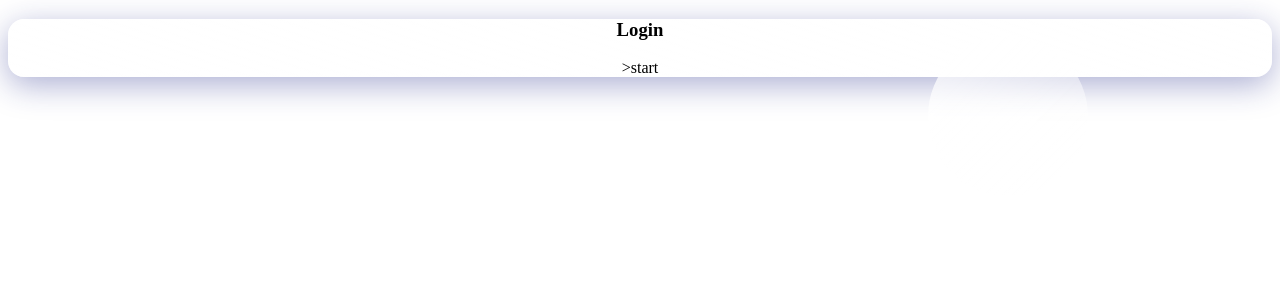
Repository: umarrg/isatmis
Page: /
An editor plug-in stored every save of this project. The page is shown before and after the next save, followed by the edit.
The browser window is 1280 px wide. The pictures show the whole page.
The project was rebuilt for these pictures with package versions that can differ from the ones it lists, and the page was loaded fresh each time. Also part of the build but not shown: vue.config.js, src/views/Home.vue. Imported but missing from the stored project, and not drawn on this page: src/plugins/vuetify, src/views/about.vue, src/views/setting.vue.

Above is the page before, as saved 2021-01-26 12:02:05.

### public/index.html
<!DOCTYPE html>
<html lang="en">
  <head>
    <meta charset="utf-8">
    <meta http-equiv="X-UA-Compatible" content="IE=edge">
    <meta name="viewport" content="width=device-width,initial-scale=1.0">
    <link rel="icon" href="<%= BASE_URL %>favicon.ico">
    <title><%= htmlWebpackPlugin.options.title %></title>
    <link rel="stylesheet" href="https://fonts.googleapis.com/css?family=Roboto:100,300,400,500,700,900">
    <link rel="stylesheet" href="https://cdn.jsdelivr.net/npm/@mdi/font@latest/css/materialdesignicons.min.css">

  </head>
  <body>
    <noscript>
      <strong>We're sorry but <%= htmlWebpackPlugin.options.title %> doesn't work properly without JavaScript enabled. Please enable it to continue.</strong>
    </noscript>
    <div id="app"></div>
    <!-- built files will be auto injected -->
  </body>
</html>

### src/main.js
import Vue from 'vue'
import App from './App.vue'
import router from './router'
import vuetify from './plugins/vuetify';

Vue.config.productionTip = false,


new Vue({
  router,
  vuetify,
  render: h => h(App)
}).$mount('#app')

### src/App.vue
<template>
  <v-app>
    <navbar v-if="$route.meta.showHeader == true"/>
    <v-main>
      <router-view></router-view>
    </v-main>
  </v-app>
</template>

<script>
import navbar from '../src/components/Navbar'
export default {
  name: 'App',

  components: {
   navbar
  },

  data: () => ({
    //
  }),
};
</script>

### src/router/index.js
import Vue from 'vue'
import VueRouter from 'vue-router'
import Home from '../views/Home.vue'

Vue.use(VueRouter)

const routes = [
  {
    path: '/home',
    name: 'Home',
    component: Home,
    meta: {
      showHeader: true,
    },
  },
  {
    path: '/map',
    name: 'Map',

    meta: {
      showHeader: true,
    },
    // route level code-splitting
    // this generates a separate chunk (about.[hash].js) for this route
    // which is lazy-loaded when the route is visited.
    component: () => import(/* webpackChunkName: "about" */ '../views/map.vue')
  },
  {
    path: '/',
    name: 'Signin',

    meta: {
      showHeader: false,
    },
    // route level code-splitting
    // this generates a separate chunk (about.[hash].js) for this route
    // which is lazy-loaded when the route is visited.
    component: () => import(/* webpackChunkName: "about" */ '../views/signin.vue')
  },

  {
    path: '/about',
    name: 'About',

    meta: {
      showHeader: true,
    },
    // route level code-splitting
    // this generates a separate chunk (about.[hash].js) for this route
    // which is lazy-loaded when the route is visited.
    component: () => import(/* webpackChunkName: "about" */ '../views/about.vue')
  },


  {
    path: '/payment',
    name: 'Payment',

    meta: {
      showHeader: true,
    },
    // route level code-splitting
    // this generates a separate chunk (about.[hash].js) for this route
    // which is lazy-loaded when the route is visited.
    component: () => import(/* webpackChunkName: "about" */ '../views/payment.vue')
  },
  {
    path: '/setting',
    name: 'Setting',

    meta: {
      showHeader: true,
    },
    // route level code-splitting
    // this generates a separate chunk (about.[hash].js) for this route
    // which is lazy-loaded when the route is visited.
    component: () => import(/* webpackChunkName: "about" */ '../views/setting.vue')
  },


]

const router = new VueRouter({
  mode: 'history',
  base: process.env.BASE_URL,
  routes
})

export default router

### src/components/Navbar.vue
<template>
  <nav>
    <!-- <v-app-bar app flat color="white">
      <v-app-bar-nav-icon
        tile
        dark
        small
        @click="drawer = !drawer"
        class="black--text "
      ></v-app-bar-nav-icon>
      <v-spacer></v-spacer>
      <div>
        <v-menu offset-y>
          <template v-slot:activator="{ on, attrs }">
            <v-btn icon small class="mr-2" v-on="on" v-bind="attrs">
              <v-icon color="black">mdi-cog-outline</v-icon>
            </v-btn>
          </template>
        </v-menu>

        <v-btn to="/profile" v-rounded icon>
          <v-list-item-avatar color="black" class="ml-4">
            <v-img
              src="../assets/bi.png"
              size="30"
            ></v-img>
          </v-list-item-avatar>
        </v-btn> background: linear-gradient(
    to right bottom,
    rgba(255, 255, 255, 0.8),
    rgba(255, 255, 255, 0.3)
  );
      </div>
    </v-app-bar> -->
    <v-navigation-drawer
      v-model="drawer"
      app
      overlay-opacity=""
      fixed
      clipped
      style="
  background: linear-gradient(
    to right bottom,
    rgba(255, 255, 255, 0.8),
    rgba(255, 255, 255, 0.3)
  );
       box-shadow: 0 8px 32px 0 rgba(31, 38, 135, 0.37);
        backdrop-filter: blur(16px);
        -webkit-backdrop-filter: blur(16px);"
    >
      <v-layout column align-center>
        <v-flex class="mt-7 mb-8">
          <span class="text-h4 white--text font-weight-light">
            <span class="blue--text font-weight-black">I</span>
            <span class="blue--text font-weight-black">S</span>
            <span class="blue--text font-weight-black">A</span>
            <span class="blue--text font-weight-black">T</span>
            <span class="blue--text font-weight-black">M</span>
            <span class="blue--text font-weight-black">I</span>
            <span class="blue--text font-weight-black">S</span>
          </span>
        </v-flex>
      </v-layout>

      <v-list dense nav>
        <v-list-item
          class=""
          active-class=" blue--text border"
          v-for="link in links"
          :key="link.icon"
          :to="link.route"
        >
          <v-list-item-action>
            <v-icon>{{ link.icon }}</v-icon>
          </v-list-item-action>
          <v-list-item-content>
            <v-list-item-title class="font-weight-light">{{
              link.text
            }}</v-list-item-title>
          </v-list-item-content>
        </v-list-item>
      </v-list>
    </v-navigation-drawer>
  </nav>
</template>

<script>
export default {
  data: () => ({
    drawer: true,
    links: [
      { icon: "mdi-view-dashboard", text: "Dashboard", route: "/home" },
      { icon: "mdi-map", text: "Map", route: "/map" },
      {
        icon: "mdi-cog-outline",
        text: "Setting",
        route: "/setting",
      },

      { icon: "mdi-credit-card-outline", text: "Payment", route: "/payment" },
      { icon: "mdi-clock", text: "About", route: "/about" },
    ],

    offset: true,
  }),
};
</script>

<style>
.border {
  border-bottom: 4px solid #00b0f0;
}
.custom__card {
  color: linear-gradient(to right top, #65dfc9, #6cdbeb);
}
</style>

### src/views/signin.vue
<template>
  <v-app class="">
    <v-main class="custom__bg">
      <v-container fill-height>
        <v-col>
          <v-row justify="end" align="center">
            <v-col cols="4">
              <div>
                <div class="custom__card">
                  <v-card-text>
                    <div>
                      <v-row>
                        <v-col cols="5">
                          <v-divider class="mt-4"></v-divider
                        ></v-col>
                        <v-col cols="2"> <h3>Login</h3> </v-col>
                        <v-col cols="5">
                          <v-divider class="mt-4"></v-divider
                        ></v-col>
                      </v-row>
                    </div>
                    <v-col cols="12" class="px-0 py-1">
                      <v-text-field solo disabled label="Email">></v-text-field>
                    </v-col>
                    <v-col cols="12" class="px-0 py-1">
                      <v-text-field
                        solo
                        label="Passsword"
                        disabled
                      ></v-text-field>
                    </v-col>
                    <v-btn block to="/home" color="">start</v-btn>
                  </v-card-text>
                </div>
              </div>
            </v-col>
          </v-row>

          <!-- <div class="circle3"></div>
          <div class="circle4"></div> -->
        </v-col>
      </v-container>

    </v-main>
     <div class="circle1"></div>
      <div class="circle2"></div>
  </v-app>
</template>

<script>
export default {};
</script>

<style scoped>
.custom__bg {
  background: linear-gradient(to right top, #65dfc9, #6cdbeb);
}
.custom__card {
  background: white;
  background: linear-gradient(
    to right bottom,
    rgba(255, 255, 255, 0.7),
    rgba(255, 255, 255, 0.3)
  );
   box-shadow: 0 8px 32px 0 rgba(31, 38, 135, 0.37);

  backdrop-filter: blur(1rem);
  border-radius: 1rem;
}

.circle1,
.circle2 {
  background: white;
  background: linear-gradient(
    to right bottom,
    rgba(255, 255, 255, 0.8),
    rgba(255, 255, 255, 0.3)
  );
  height: 10rem;
  width: 10rem;
  position: absolute;
  border-radius: 50%;
}

.circle1 {
  top: 5%;
  right: 15%;
}
.circle2 {
  bottom: 5%;
  left: 10%;
}

.circle3,
.circle4 {
  background: white;
  background: linear-gradient(
    to right bottom,
    rgba(255, 255, 255, 0.8),
    rgba(255, 255, 255, 0.3)
  );
  height: 10rem;
  width: 10rem;

  border-radius: 50%;
}

.circle3 {
  top: 10%;
  right: 10%;
}
.circle4 {
  bottom: 15%;
  left: 20%;
}
</style>

After the next save:
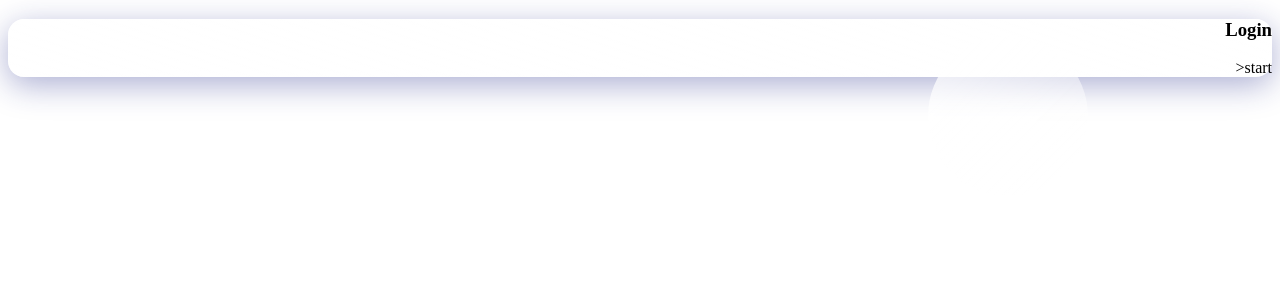
Saved 6 s later.
--- a/src/views/signin.vue
+++ b/src/views/signin.vue
@@ -3,7 +3,7 @@
     <v-main class="custom__bg">
       <v-container fill-height>
         <v-col>
-          <v-row justify="end" align="center">
+          <v-row justify="end" align="end">
             <v-col cols="4">
               <div>
                 <div class="custom__card">
